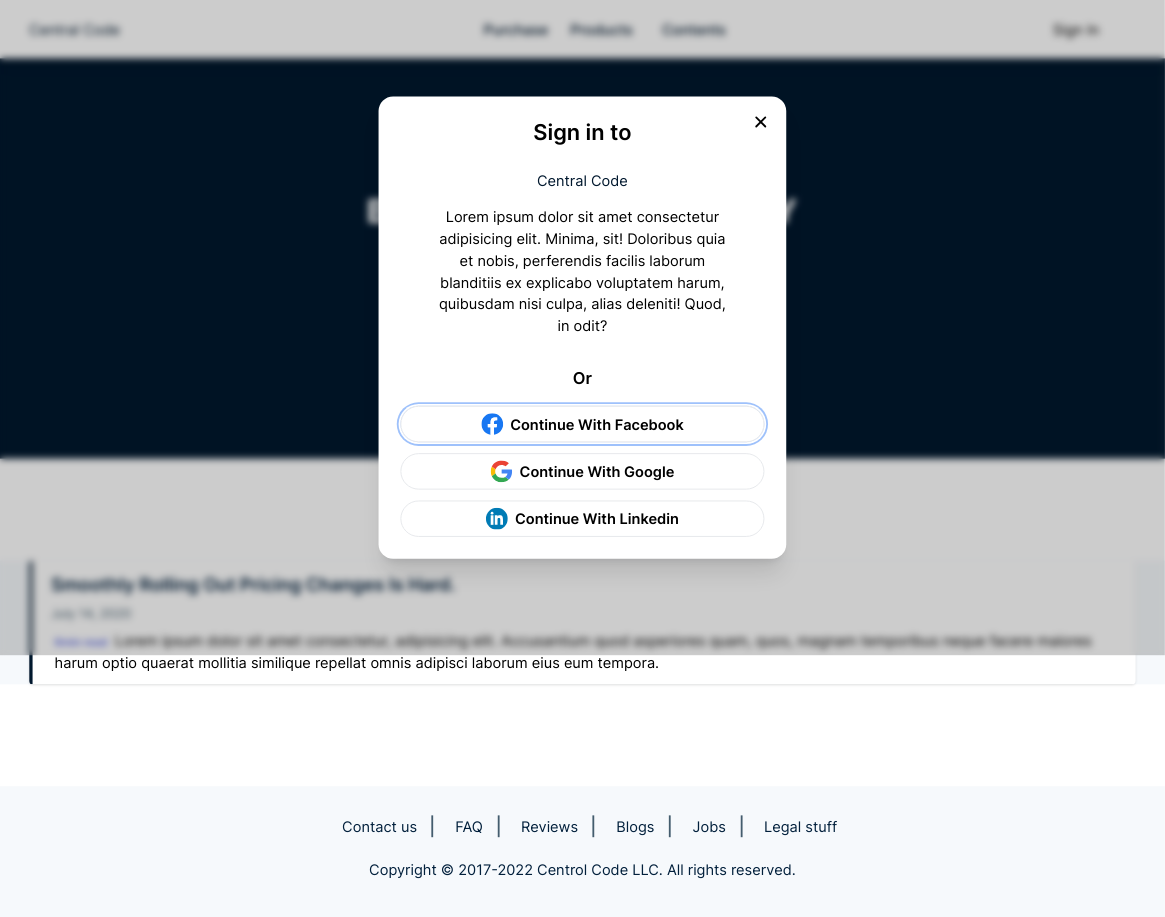
Repository: om1ars/Xjkey
Page: /privacy
An editor plug-in stored every save of this project. The page is shown before and after a run of saves, followed by the edit.
The browser window is 1280 px wide. The pictures show the whole page, at 91% of full size.
The project was rebuilt for these pictures with package versions that can differ from the ones it lists, and the page was loaded fresh each time. The framework's server and built-in components were replaced by stand-ins that run in the browser. Also part of the build but not shown: next.config.js.

Above is the page before, as saved 2022-03-20 23:20:02.

After the next 2 saves:
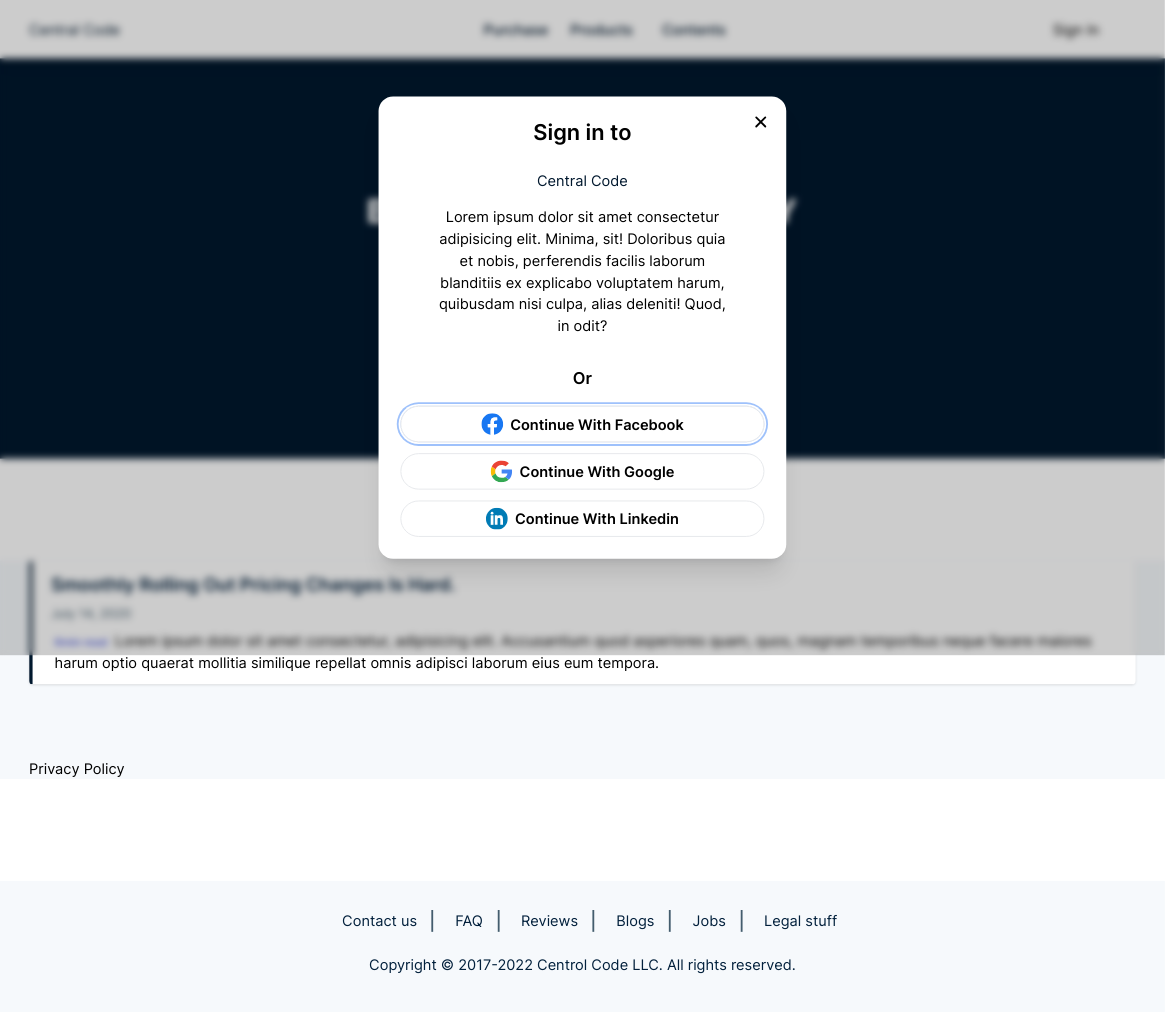
The 2 saves are shown as one change because they came seconds apart.
The last was saved 11 s later.
--- a/src/pages/privacy.tsx
+++ b/src/pages/privacy.tsx
@@ -38,7 +38,7 @@ export default function Privacy() {
               </p>
             </div>
           </div>
-
+          <h1>Privacy Policy</h1>
         </div>
       </main>
     </div>
